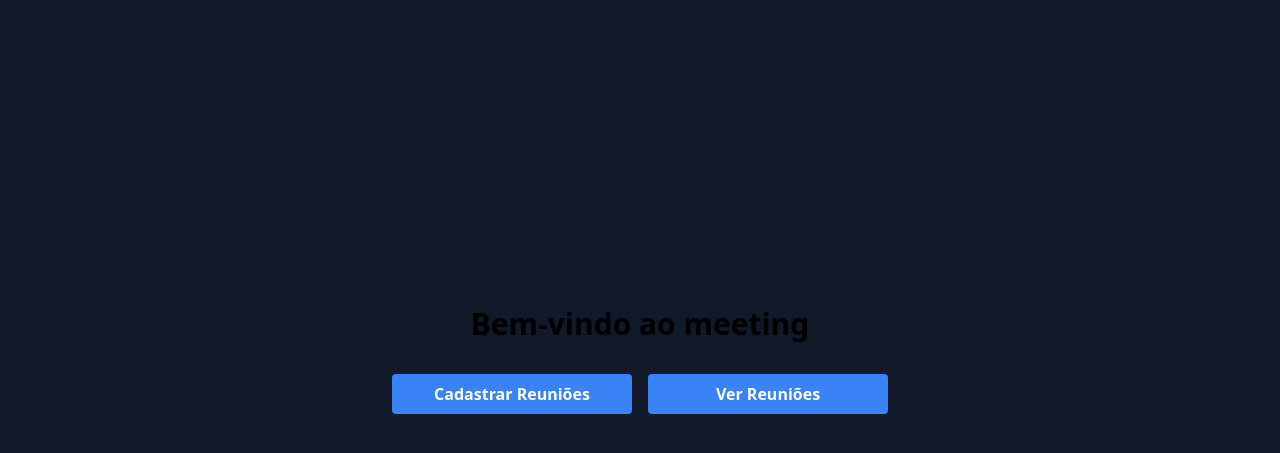
Repository: TamiBeira/meeting
Page: /
The author's editor kept a copy of each file at every save. The page is drawn from the files as they stood at one save, then again after the next save.
The browser window is 1280 px wide. The pictures show the whole page.
The project was rebuilt for these pictures with package versions that can differ from the ones it lists, and the page was loaded fresh each time. Also part of the build but not shown: vite.config.ts, src/contexts/FormContext.tsx, src/contexts/MeetingsContext.tsx, src/components/Form.tsx, src/components/MeetingsView.tsx.

Above is the page before, as saved 2024-02-27 00:06:24.

After the next save:
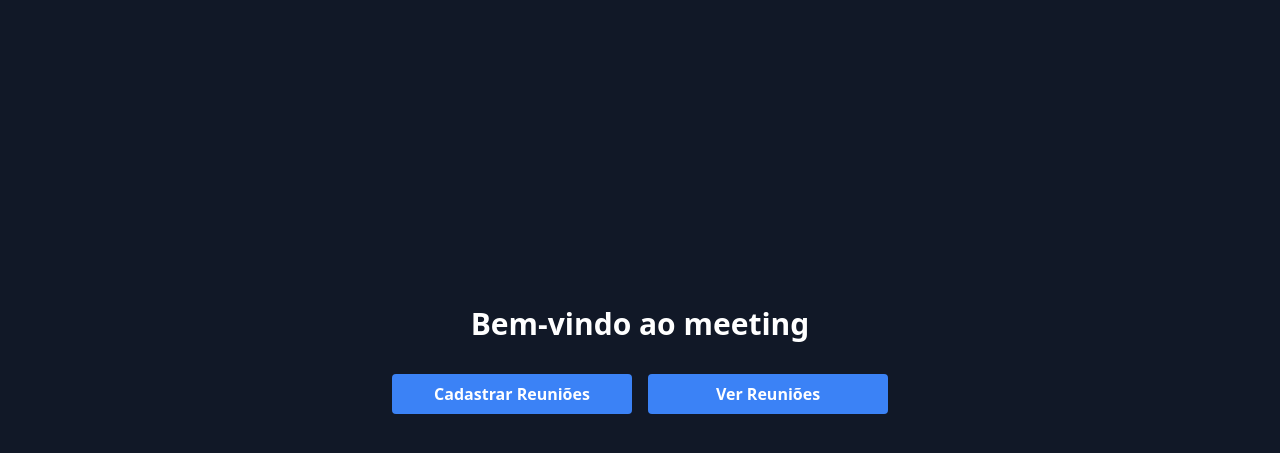
Saved 29 s later.
--- a/src/components/HomePage.tsx
+++ b/src/components/HomePage.tsx
@@ -3,7 +3,7 @@ import { Link } from 'react-router-dom';
 export const HomePage = () => {
   return (
     <div className="flex flex-col items-center justify-center min-h-screen bg-gray-900">
-      <h1 className="text-3xl font-bold mb-8">Bem-vindo ao meeting</h1>
+      <h1 className="text-3xl font-bold mb-8 text-white">Bem-vindo ao meeting</h1>
       <div className="flex space-x-4">
         <Link
           to="/form"
